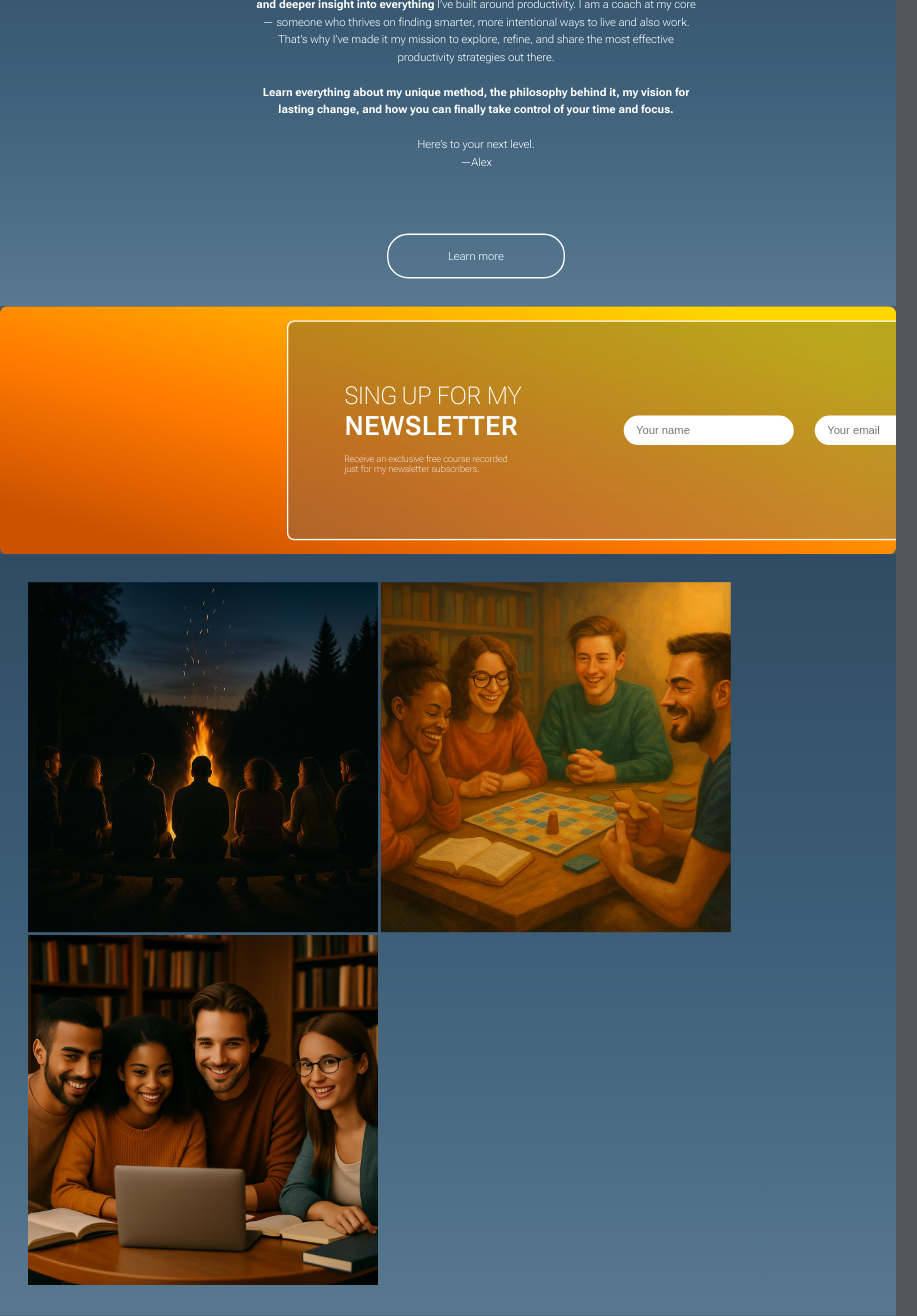
Repository: Parnicoza/testecomplete
Page: Productivity.copie.html
The author's editor kept a copy of each file at every save. The page is drawn from the files as they stood at one save, then again after the next save.
The browser window is 1280 px wide. The page is 1310 px wide, so the pictures cover 1310 px, including what lies to the right of the window. The pictures show the part of the page from y = 944 to 2824 px (the page is 2824 px tall before and 2744 px after), at 70% of full size.

Above is the page before, as saved 2025-05-30 14:08:57.

### Productivity.copie.html
<!DOCTYPE html>
<html lang="en">

<head>
    <meta charset="utf-8">
    <title>Productivity</title>
    <link rel="stylesheet" href="stilizaretestcomplet-14.css">
    <link rel="icon" href="imaginitestecomplete/dashboard.ico">
    <link rel="stylesheet" href="peoductivitate.css">
    <meta name="viewport" content="width=device-width, initial-scale=1.0">
    <meta charset="UTF-8">
    <link rel="preconnect" href="https://fonts.googleapis.com">
    <link rel="preconnect" href="https://fonts.gstatic.com" crossorigin>
    <link href="https://fonts.googleapis.com/css2?family=Roboto+Flex:opsz,wght@8..144,100..1000&display=swap"
        rel="stylesheet">
</head>

<body>
    <header>
        <nav>
            <ul class="nav-links">
                <li><a href="">HOME</a></li>
                <li><a href="">THE METHOD </a></li>
                <li><a href="">ONLINE COURSES</a></li>
                <li><a href="">THEACHER TRAINING</a></li>
                <li><a href="">LOG IN</a></li>
            </ul>
        </nav>
    </header>
    <div class="hero-section">
        <!--Acest div este pentru a separa, cu un background , the intro of the page ,cum ar venii , fata de restul paginii-->
        <figure>
            <h1 class="main-heading-pentru-productivity"> Bust Your <br>
                Productivity</h1>
            <figcaption class="caption-for-the-heading">10 years of productivity expertise condensed into 1 course
            </figcaption>
            <a class="button" href="https://www.maltemartenmethod.com/"><span>Enroll now</span></a>
        </figure>
    </div>

    <div class="background-after-hero"
        style="background: linear-gradient(to bottom, #1e3c56, #2c516d, #4a6d88), rgba(255, 255, 255, 0.08); background-blend-mode: overlay; padding: 40px; margin-top: 0;">
        <div class="HIIAMALEX">
            <h2>HI, I'M ALEX</h2>
            <p>
                <b>Welcome!</b> I’m truly glad you’re here. On this website, I want to give you <b>a clear overview and
                    deeper insight into everything</b> I’ve built around productivity. I am a coach at my core — someone
                who thrives on finding smarter, more intentional ways to live and also work. That’s why I’ve made it my
                mission to explore, refine, and share the most effective productivity strategies out there.<br>

                <br><b>Learn everything about my unique method, the philosophy behind it, my vision for lasting change,
                    and how you can finally take control of your time and focus.</b><br>

                <br>Here’s to your next level.<br>
                —Alex
                <a class="learn-more-btn" href="https://www.maltemartenmethod.com/"><span>Learn more</span></a>
            </p>
        </div>
    </div>

    <div class="newsletter"><!--ACESTA ESTE BACKROUND-UL , DIN SPATE , CEL CU ROSU-->
        <div class="newsletter-text" style="margin-left: 410px;"><!--ACESTA ESTE BORDERUL/BACKGROUND-UL CU BORDER-->
            <div class="newsletter-overlay"></div>
            <div class="text">
                <!--ACEST DIV ESTE PENTRU TEXTUL PROPRIU ZIS , AICI PUN TEXTUL SI MA OC CU PROPRIETATILE LUI-->
                <p class="singup">
                    SING UP FOR MY<br>
                    <span class="span">NEWSLETTER</span><br>
                    <span style="font-size: small; display: inline-block;margin-top: 15px;">
                        Receive an exclusive free course recorded<br>
                        just for my newsletter subscribers.
                    </span>
                </p>
                <form class="newsletter-form-row">
                    <input type="text"  placeholder="Your name" required>
                    <input type="email" placeholder="Your email" required>
                    <button type="submit">Subscribe</button>
                </form>
            </div>
        </div>
    </div>

    <div class="COURSES">
        <div class="imaginidesprecurs">
            <img src="imaginitestecomplete/campfire.png" alt="Campfire Image" width="500px">
            <img src="imaginitestecomplete/fungames.png" alt="Fun Games Image" width="500px">
            <img src="imaginitestecomplete/oameniinbiblioteca.png" alt="People in Library Image" width="500px">
        </div>

    </div>
</body>

</html>

### stilizaretestcomplet-14.css
body{
    background-color:#51575D;
}

.main-heading{
    text-align: center;
    text-transform: uppercase;
    text-shadow: 15px 15px 15px black;
    font-size: 3.5em;
    color: black;
}

.background-for-the-heading{
    background: linear-gradient(to right, #5B6770, #9CAEBF);
    margin: 20px;
    padding: 5px;
    border-radius: 10px;
    margin-left: 170px;
}

.thesamebackground{
    background-color: rgba(91, 103, 112, 0.6) ;
    margin-left: 170px;
    margin-top: 50px;
    text-align: center;
    padding: 10px;
    border-radius: 10px;
    box-shadow: 5px 5px 15px black;
    margin-right: 20px;
}

.paragraph-gradient{
    color: #ffff;
    font-size: 2em;
    -webkit-text-stroke: 0.7px black;
    text-align: center;
}

.quote{
    border: 1px dotted black;
    padding: 10px;
    margin-left: 150px;
}

.divider{
    border: none;
    height: 4px;
    background-color: lightgray;
    border: 3px dotted black;
    margin: 14px;
    margin-left: 150px;
}

.image{
    border-radius: 5px;
    box-shadow: 5px 5px 15px black;
    display: block;
    margin: 0 auto;
}

.picture{
    margin-left: 160px;
}

.Dashboard{
    display: flex;
}

.sidebar{
    display: flex;
    flex-direction: column;
   width: 140px;
   position: fixed;
   left: 0;
   top: 0;
   height: 96vh;
   justify-content: center;
   margin: 20px;
   background-color: #6A747D;
    border-radius: 10px;
    box-shadow: -5px -5px 15px black;

}

.list{
    list-style-type: none;
    display: flex;
    flex-direction: column;
    gap: 30px;
    padding: 0;
    margin-left: 10px;
}

.container{
    margin-left: 160px;
}

.divimage{
    display: block;
    margin-left: 160px;
    margin-top: 50px;

}

.figcaption{
    font-style: italic;
    font-weight: bold;
    margin: 20px;
}

.home{
    color: black;
}

.BLOCKS{
    display: flex;
    flex-direction: row;
    justify-content: space-evenly;
    gap: 20px;
}
.blocks{
    display: flex;
    flex-direction: column;
    justify-content: space-evenly;
    width: 350px;
    margin-left: 170px;
    background-color: rgba(91, 103, 112, 0.6);
    box-shadow: 5px 5px 15px black;
    border-radius: 10px;
    padding: 10px;
    margin-right: 20px;
}

.blocks2{
    display: flex;
    flex-direction: column;
    justify-content: space-evenly;
    width: 350px;
    background-color: rgba(91, 103, 112, 0.6);
    box-shadow: 5px 5px 15px black;
    border-radius: 10px;
    padding: 10px;
    margin-right: 20px;
}

.blocks3{
    display: flex;
    flex-direction: column;
    justify-content: space-evenly;
    width: 350px;
    background-color: rgba(91, 103, 112, 0.6);
    box-shadow: 5px 5px 15px black;
    border-radius: 10px;
    padding: 10px;
    margin-right: 20px;
}
.headingforblock{
    text-align: left;
    text-transform: uppercase;
    font-weight: bold;
    color: black;
    display: flex;
}

.paragraph-gradient1{
    color: #ffff;
    -webkit-text-stroke: 0.6px black;
    font-size: 25px;
    text-align: center;
}

.footer{
    margin-left: 170px;
}

.social-media{
    display: flex;
    flex-direction: row;
    justify-content: space-evenly;
    gap: 20px;
    margin-top: 250px;
}
.ul{
    list-style-type: none;
    display: flex;
    flex-direction: row;
    gap: 20px;
    padding: 0;
}

.footer-text{
    color: white;
    font-size: smaller;
    text-align: center;
    margin: 0 auto;
    width: 650px;
}

.Disclaimer{
    color: white;
    font-size: large;
}

.ifarme{
    margin-left: 160px;
    margin-top: 10px;
}

### peoductivitate.css
html,body{overflow-x:hidden;}
body{
    font-family: "Roboto Flex", sans-serif;
    margin: 0;
}

.hero-section{
    height: 100vh;
    display: flex;
    align-items: center;
    background-image: url('imaginitestecomplete/sky.png');
    background-position: center;
    background-size: cover;
    background-repeat: no-repeat;
    /* A RAMAS SA PUN BACKGROUND */
    background-size: cover;
    background-position: center;
    background-repeat: no-repeat;
    margin-bottom: 0;
    width: 100%;
}

.background-after-hero {
    background: linear-gradient(to bottom, #1e3c56, #2c516d, #4a6d88), rgba(255, 255, 255, 0.08);
    background-blend-mode: overlay;
    padding: 40px;
    margin-top: 0;
    min-height: 60vh;
    width: 100%;
    overflow-x: hidden;

}

nav{
    position: absolute;
    width: 100%;
    z-index: 1000;
    margin: 30px;
}

.nav-links{
    list-style-type: none;
    display: flex;
    justify-content: flex-start;
    gap: 20px;
}

.nav-links li a{
    text-decoration: none;
    color: white;
}

.main-heading-pentru-productivity{
    text-transform: uppercase;
    font-size: 4rem;
    color: white;
    text-align: left;
    line-height: 1.2em;
    margin-top: 220px;
    margin-left: 45px;
    margin-bottom: 10px;
    font-weight: 450;
}

.caption-for-the-heading{
    display: inline-block;
    text-align: left;
    margin-left: 45px;
    font-size: x-large;
    color: white;
}

.HIIAMALEX{
    color: white;
    text-align: center;
}

.HIIAMALEX h2{
    font-weight: 330;
    font-size: 3.4em;
}

.HIIAMALEX p{
    font-weight: 200;
    width: 50%;
    text-align: center;
    margin: 0 auto;
    line-height: 25px;
}

.button{
    background: transparent;
   border: 2px solid white;
    border-radius: 30px;
    display: flex;
    justify-content: center;
    align-items: center;
    text-align: center;
    width: 240px;
    height: 52px;
    margin-top: 35px;
    margin-left: 45px;
    color: white;
    text-decoration: none;
    position: relative;
    overflow: hidden;
    z-index: 1;
}

.button::before {
    content: "";
    position: absolute;
    bottom: -100%;         /* de jos, complet ascuns la început */
    left: 0;
    width: 100%;
    height: 100%;
    background: linear-gradient(to bottom, #1e3c56, #2c516d, #4a6d88), rgba(255, 255, 255, 0.08);
    transition: bottom 0.4s ease;
    z-index: 0;
}
.button:hover::before {
    bottom: 0;  /* se ridică complet peste buton */
}
.button span {
    position: relative;
    z-index: 2;
}

.learn-more-btn{
    background: transparent;
    border: 2px solid white;
    border-radius: 30px;
    display: flex;
    align-items: center;
    justify-content: center;
    text-align: center;
    width: 250px;
    height: 60px;
    margin: 0 auto;
    position: relative;
    overflow: hidden;
    z-index: 1;
    color: white;
    text-decoration: none;
    margin-top: 90px;
}

.learn-more-btn::before{
    content: "";
    position: absolute;
    bottom: -100%;         /* de jos, complet ascuns la început */
    left: 0;
    width: 100%;
    height: 100%;
    background: linear-gradient(to top right, #cc5200 10%, #ff7a00 40%, #ffd700 90%);
    transition: bottom 0.4s ease;
    z-index: 0;
}

.learn-more-btn:hover::before{
    bottom: 0;  /* se ridică complet peste buton */
}

.learn-more-btn span{
    position: relative;
    z-index: 2;
}

.newsletter{
    background: linear-gradient(to top right, #cc5200 10%, #ff7a00 40%, #ffd700 90%);
    min-height: 45vh;
    display: flex;
    justify-content: center;
    align-items: center;
    flex-direction: column;
    width: 100%;
    border-radius: 10px;
}
.singup {
    color: white;
    font-size: 35px;
    font-weight: 100;
    text-align: left;
    margin-left: 30px;
    line-height: 1.2;
}
.span {
    display: inline-block;
    font-weight: 600;
    width: 250px;
    text-align: left;
    font-size: 38px;
    letter-spacing: 0.5px;
}

.newsletter-text{
    border: 2px solid white;
    width: 90%;
    max-width: 1150px;
    margin: 20px auto;
    position: relative;
    border-radius: 10px;
    margin-left: 425 px;
}
.text{
    margin: 50px;
    position: relative;
    z-index: 2;
    display: flex;
    align-items: center;
    gap: 40px;
}
/* keep paragraph and form widths responsive */
.singup{
    flex: 1 1 50%;
}
.newsletter-form-row{
    flex: 0 0 auto;
}

@media (max-width: 800px){
    .text{
        flex-direction: column;
        align-items: flex-start;
        gap: 20px;
    }
}
.newsletter-overlay{
    position: absolute;
    top: 0;
    left: 0;
    width: 100%;
    height: 100%;
    background: linear-gradient(
      to bottom,
      rgba(30, 60, 86, 0.3),
      rgba(44, 81, 109, 0.3),
      rgba(74, 109, 136, 0.3)
    );
    backdrop-filter: blur(30px);
    border-radius: 4px;
    z-index: 0;
    border-radius: 10px;
}

.newsletter-form-row{
    display: flex;
    align-items: center;
    justify-content: space-between;
    gap: 30px;
}
form {
    display: flex;
    gap: 20px;
  }

  form input {
    padding: 12px 18px;
    border-radius: 25px;
    border: none;
    background-color: white;
    color: #333;
    font-size: 16px;
  }
  form input:focus {
    outline: none;
    box-shadow: 0 0 0 2px #ffa50044;
  }
  .explore-courses{
    background: linear-gradient(to bottom, #1e3c56, #2c516d, #4a6d88), rgba(255, 255, 255, 0.08);
    display: flex;
    justify-content: center;
    flex-direction: column;
    align-items: center;
    min-height: 100vh;
  }

  .explore-courses-text{
    width: 50%;
    text-align: center;
    color: white;
    margin: 0 auto;
    line-height: 25px;
    font-weight: 200;
    margin-top: 45.152px;
  }

  .explore-courses h2{
    font-weight: 330;
    font-size: 3.4em;
    color: white;
    text-align: center;
}

.course-cards{
    display: flex;
    align-items: center;
    justify-content: space-evenly;
    gap: 100px;
    margin: auto;
    margin-top: 50px;
}

.borderfortheimages{
    border-radius: 25px;
}
.scroll-appear {
    opacity: 0;
    transform: translateY(-30px);
    transition: opacity 1.5s ease, transform 1.5s ease;
}

.scroll-appear.show {
    opacity: 1;
    transform: translateY(0);
}

.join-btn {
    margin-top: 50px;      /* pushes the button down a bit */
    margin-bottom: 40px;   /* optional bottom spacing */
}

.COURSES{
    background: linear-gradient(to bottom, #1e3c56, #2c516d, #4a6d88), rgba(255, 255, 255, 0.08);
    background-blend-mode: overlay;
    display: flex;
    flex-direction: row;
    padding: 40px;
    margin-top: 0;
    min-height: 60vh;
    width: 100%;
    overflow-x: hidden
}

After the next save:
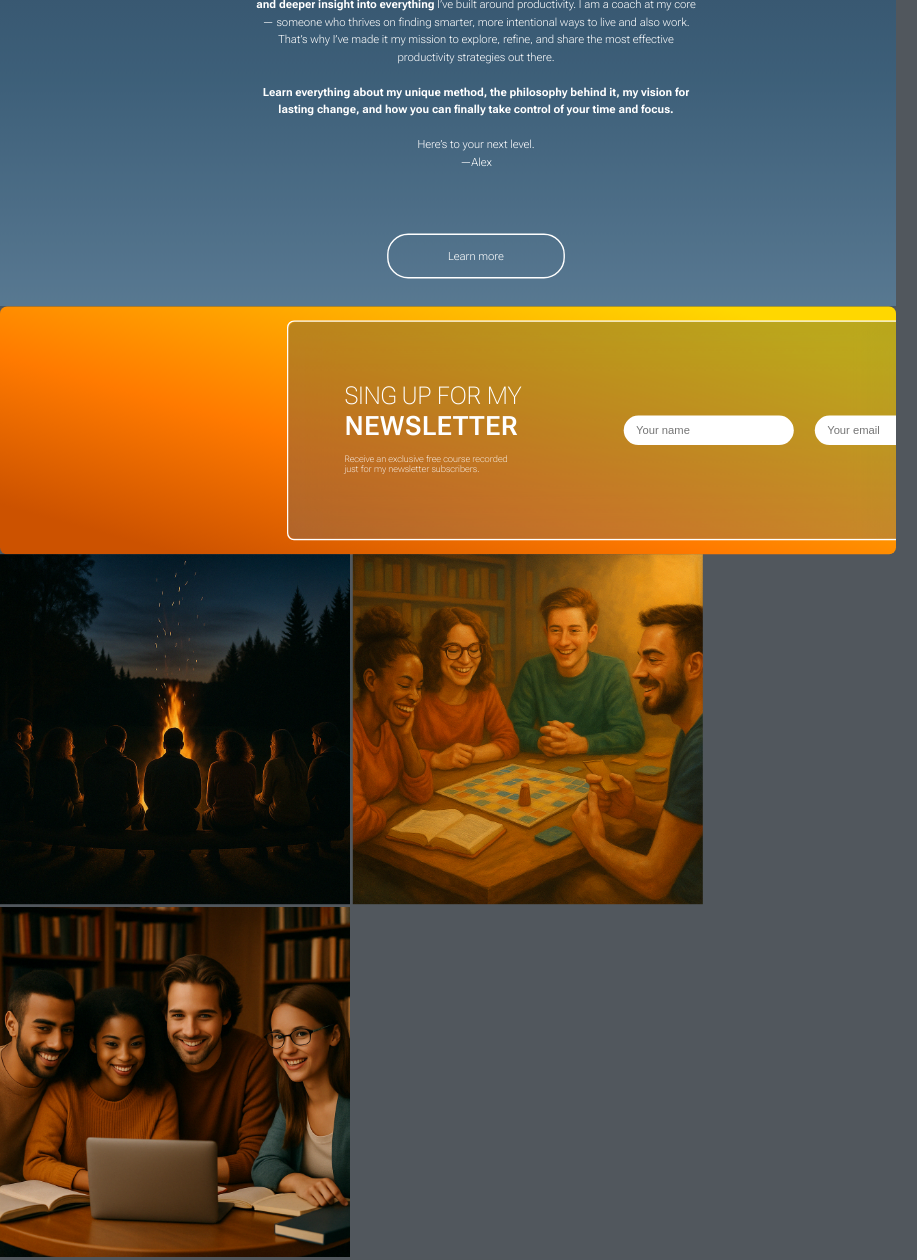
Saved 50 s later.
--- a/peoductivitate.css
+++ b/peoductivitate.css
@@ -320,7 +320,7 @@ form {
     margin-bottom: 40px;   /* optional bottom spacing */
 }
 
-.COURSES{
+.COURSES-background{
     background: linear-gradient(to bottom, #1e3c56, #2c516d, #4a6d88), rgba(255, 255, 255, 0.08);
     background-blend-mode: overlay;
     display: flex;
@@ -330,4 +330,5 @@ form {
     min-height: 60vh;
     width: 100%;
     overflow-x: hidden
-}
+
+}

After the save that followed:
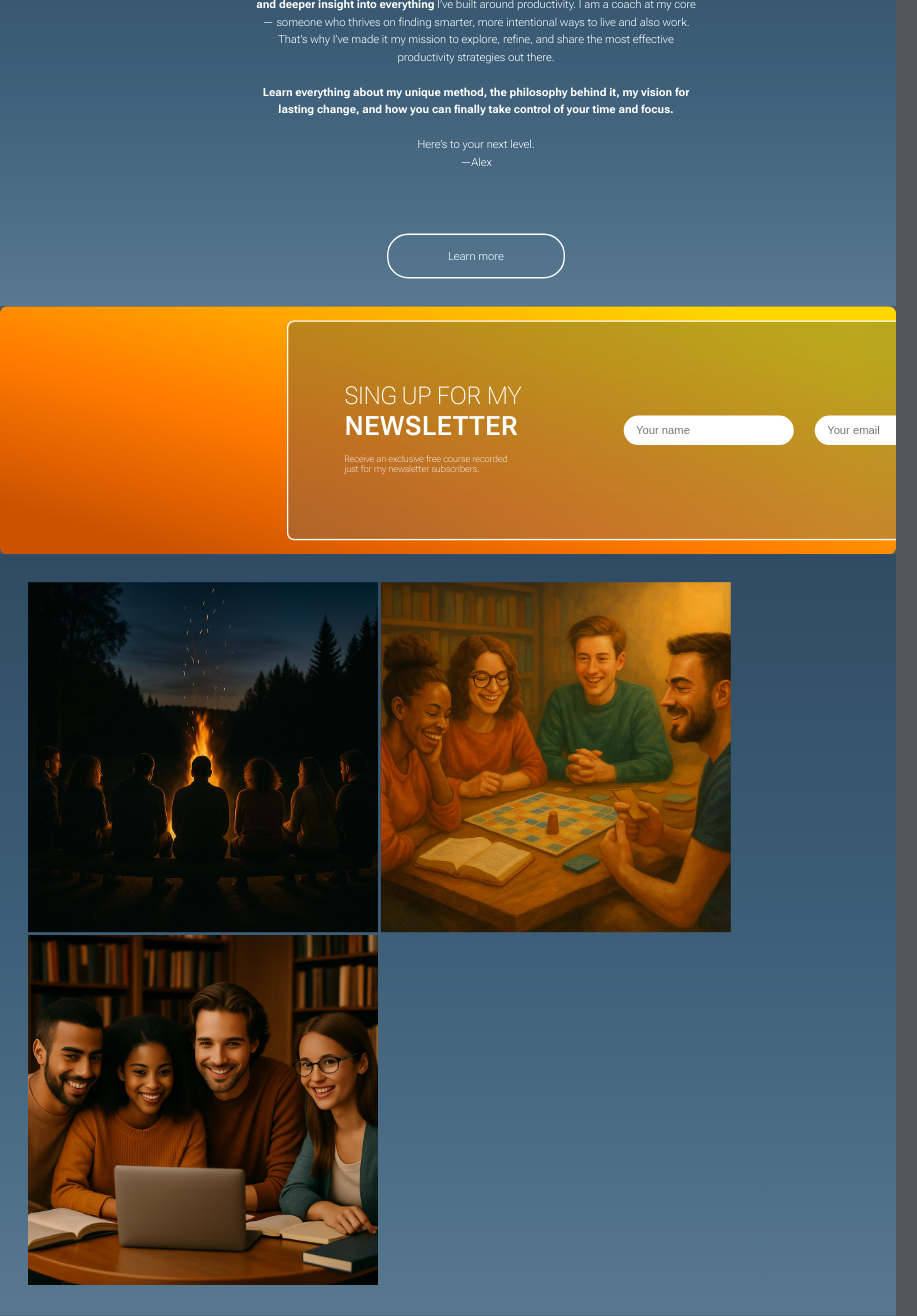
Saved 1 s later.
--- a/Productivity.copie.html
+++ b/Productivity.copie.html
@@ -80,7 +80,7 @@
         </div>
     </div>
 
-    <div class="COURSES">
+    <div class="COURSES-background">
         <div class="imaginidesprecurs">
             <img src="imaginitestecomplete/campfire.png" alt="Campfire Image" width="500px">
             <img src="imaginitestecomplete/fungames.png" alt="Fun Games Image" width="500px">
